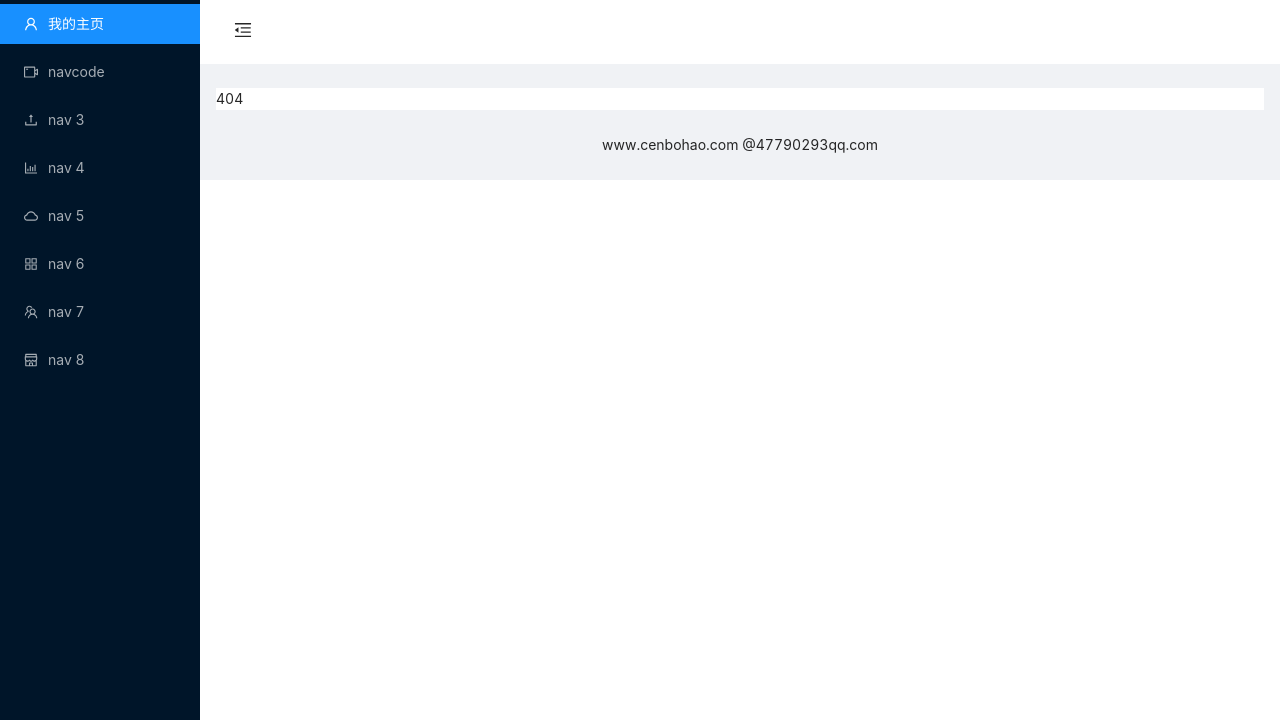
Repository: CBH20010703/bolgsweb
Page: / (app in blogs/)
These files come from the project's save history. The page is drawn as it stood at one moment and after the next save; the edit follows.
The browser window is 1280 px wide. The pictures show the whole page.
The project was rebuilt for these pictures with package versions that can differ from the ones it lists, and the page was loaded fresh each time. Also part of the build but not shown: blogs/src/component/Menu/MenuList.css, blogs/src/view/Home/Home.css, blogs/src/view/NavCode/NavCode.jsx.

Above is the page before, as saved 2021-06-27 11:43:53.

### blogs/src/index.js
import React from 'react';
import ReactDOM from 'react-dom';
import './index.css';
import App from './App';



ReactDOM.render(<App />,document.getElementById('root'));

### blogs/src/App.js
import './App.css';
import { React, Component } from "react";
import Headers from './component/Header/Headers';
import MenuList from './component/Menu/MenuList';
import Footers from './component/Footer/Footers';
import RouterMap from './router/RouterMap';
import { Layout} from 'antd';
import { BrowserRouter} from 'react-router-dom'
const {  Content, Sider } = Layout;
export default class  App extends Component {
  constructor(props) {
    super(props);
    this.state = {  collapsed: false, }
  }
  toggle = (data) => {
     console.log(data)
    this.setState({
      collapsed: data,
    });
  };
  render() {
    return (
      <BrowserRouter>
          <Layout>
            <Sider  trigger={null} collapsible collapsed={this.state.collapsed}
              style={{
                overflow: 'auto',
                height: '100vh',
                position: 'fixed',
                left: 0,
              }}
            >
              <MenuList/>
            </Sider>
            <Layout className="site-layout" style={{ paddingLeft:this.state.collapsed?"60px":"200px",transition:"0.1s ease" }}>
              <Headers toggle={this.toggle} parent={this.state.collapsed}></Headers>
              <Content style={{ margin: '24px 16px 0', height: "auto", background:"#fff" }}>
                 <RouterMap  />
              </Content>
              <Footers/>
            </Layout>
          </Layout>
      </BrowserRouter>
    );
  }
}

### blogs/src/component/Header/Headers.jsx
import React, { Component } from 'react'
import { Layout } from 'antd';


import {
  MenuUnfoldOutlined,
  MenuFoldOutlined,
} from '@ant-design/icons';
import "./Headers.css"
const { Header } = Layout;
export default class Headers extends Component {
    constructor(props) {
        super(props)
        this.state = {
            isShow:false
        }
    }
    Tab = () => {
        let { isShow } = this.state;
        this.setState({
            isShow:!isShow
        })
        this.props.toggle(!isShow);

    }
    render() {

        return (

                <Header className="site-layout-background" style={{ paddingLeft:"10px" }} >
                     {React.createElement(this.state.isShow ? MenuUnfoldOutlined : MenuFoldOutlined, {
              className: 'trigger',
                         onClick: this.Tab,

            })}
                </Header>

        )
    }
}

### blogs/src/component/Menu/MenuList.jsx
import React, { Component } from 'react'
import { Menu } from 'antd';
import {Link} from 'react-router-dom'
import "./MenuList.css"
import {
  AppstoreOutlined,
  BarChartOutlined,
  CloudOutlined,
  ShopOutlined,
  TeamOutlined,
  UserOutlined,
  UploadOutlined,
  VideoCameraOutlined,
} from '@ant-design/icons';
export default class MenuList extends Component {
  render() {
    return (

         <Menu theme="dark" mode="inline" defaultSelectedKeys={['1']}>
          <Menu.Item key="1"  icon={<UserOutlined />}>
          <Link to="/"> 我的主页
            </Link>

          </Menu.Item>
          <Menu.Item key="2" icon={<VideoCameraOutlined />}>
          <Link to="/navcode"> navcode
            </Link>

          </Menu.Item>
          <Menu.Item key="3" icon={<UploadOutlined />}>
            nav 3
          </Menu.Item>
          <Menu.Item key="4" icon={<BarChartOutlined />}>
            nav 4
          </Menu.Item>
          <Menu.Item key="5" icon={<CloudOutlined />}>
            nav 5
          </Menu.Item>
          <Menu.Item key="6" icon={<AppstoreOutlined />}>
            nav 6
          </Menu.Item>
          <Menu.Item key="7" icon={<TeamOutlined />}>
            nav 7
          </Menu.Item>
          <Menu.Item key="8" icon={<ShopOutlined />}>
            nav 8
          </Menu.Item>
        </Menu>
    )
  }
}

### blogs/src/component/Footer/Footers.jsx
import React, { Component } from 'react'
import { Layout } from 'antd';
const {  Footer } = Layout;
export default class Footers extends Component {
    render() {
        return (
            <div>
               <Footer style={{ textAlign: 'center' }}>www.cenbohao.com @47790293qq.com</Footer>
            </div>
        )
    }
}

### blogs/src/router/RouterMap.js
import React from 'react'
import { Route, Switch} from 'react-router-dom'
import Home from "../view/Home/Home.jsx";
import Error from "../view/404/Error.jsx";
import Navcode from "../view/NavCode/NavCode.jsx"
import  App from "../App"
export default class RouterMap  extends React.Component {
    render() {
        return (

            <Switch>
                <Route exact path="/Home"  component={Home}/>
                    <Route exact path="/NavCode" component={Navcode} />
                    <Route  path="*" component={Error} />
               </Switch>

        )
    }
}

### blogs/src/component/Header/Headers.css
.site-layout .site-layout-background {
    background: #fff;
}

 .trigger {
    padding: 0 24px;
    font-size: 18px;
    line-height: 64px;
    cursor: pointer;
    transition: color 0.3s;
}

 .trigger:hover {
    color: #1890ff;
}

### blogs/src/view/404/Error.jsx
import React, { Component } from 'react'

export default class Error extends Component {
    render() {
        return (
            <div>
                404
            </div>
        )
    }
}

### blogs/src/view/Home/Home.jsx
import React, { Component } from 'react'

import "./Home.css"
export default class Home extends Component {

    handleClick = e => {
        console.log('click ', e);
    };
    render() {
        return (
            <div style={{ padding: "20px" }}>
                s首页
            </div>
        )
    }
}

Loaded but not shown: blogs/public/index.html (common file); blogs/src/index.css (common file); blogs/src/App.css (common file)

After the next save:
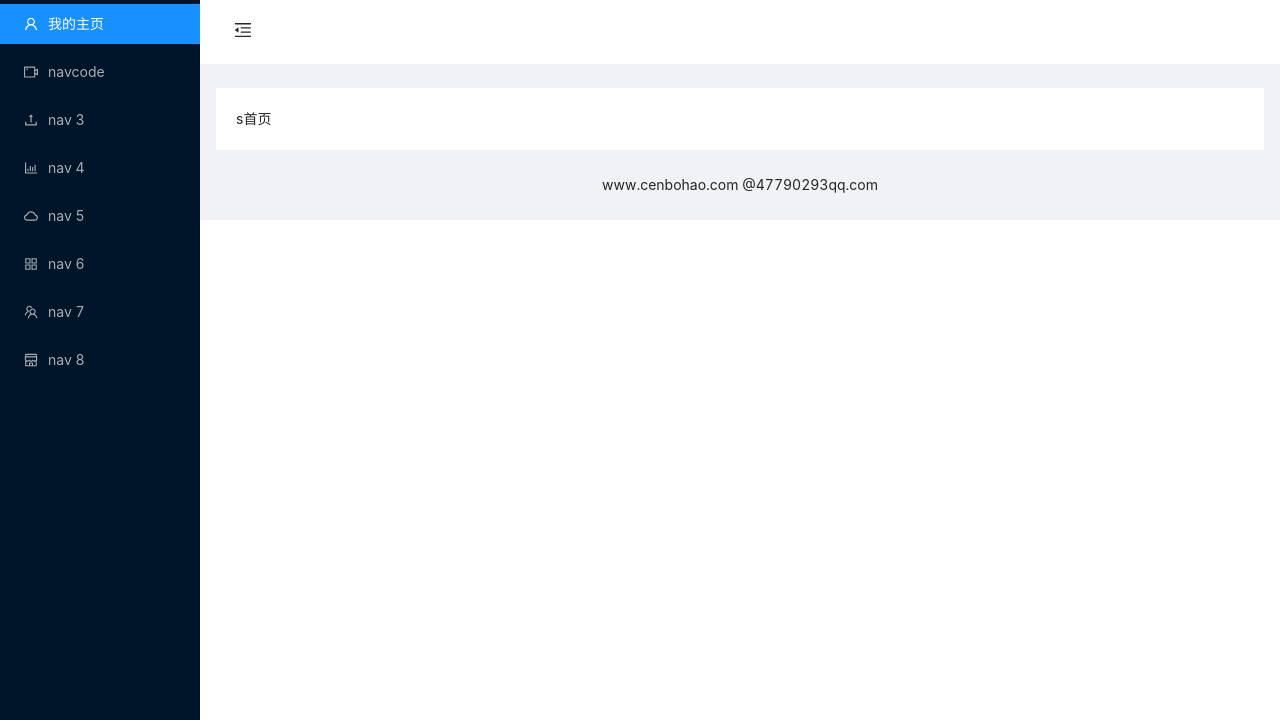
Saved 8 s later.
--- a/blogs/src/router/RouterMap.js
+++ b/blogs/src/router/RouterMap.js
@@ -3,13 +3,12 @@ import { Route, Switch} from 'react-router-dom'
 import Home from "../view/Home/Home.jsx";
 import Error from "../view/404/Error.jsx";
 import Navcode from "../view/NavCode/NavCode.jsx"
-import  App from "../App"
 export default class RouterMap  extends React.Component {
     render() {
         return (
 
             <Switch>
-                <Route exact path="/Home"  component={Home}/>
+                <Route exact path="/"  component={Home}/>
                     <Route exact path="/NavCode" component={Navcode} />
                     <Route  path="*" component={Error} />
                </Switch>
